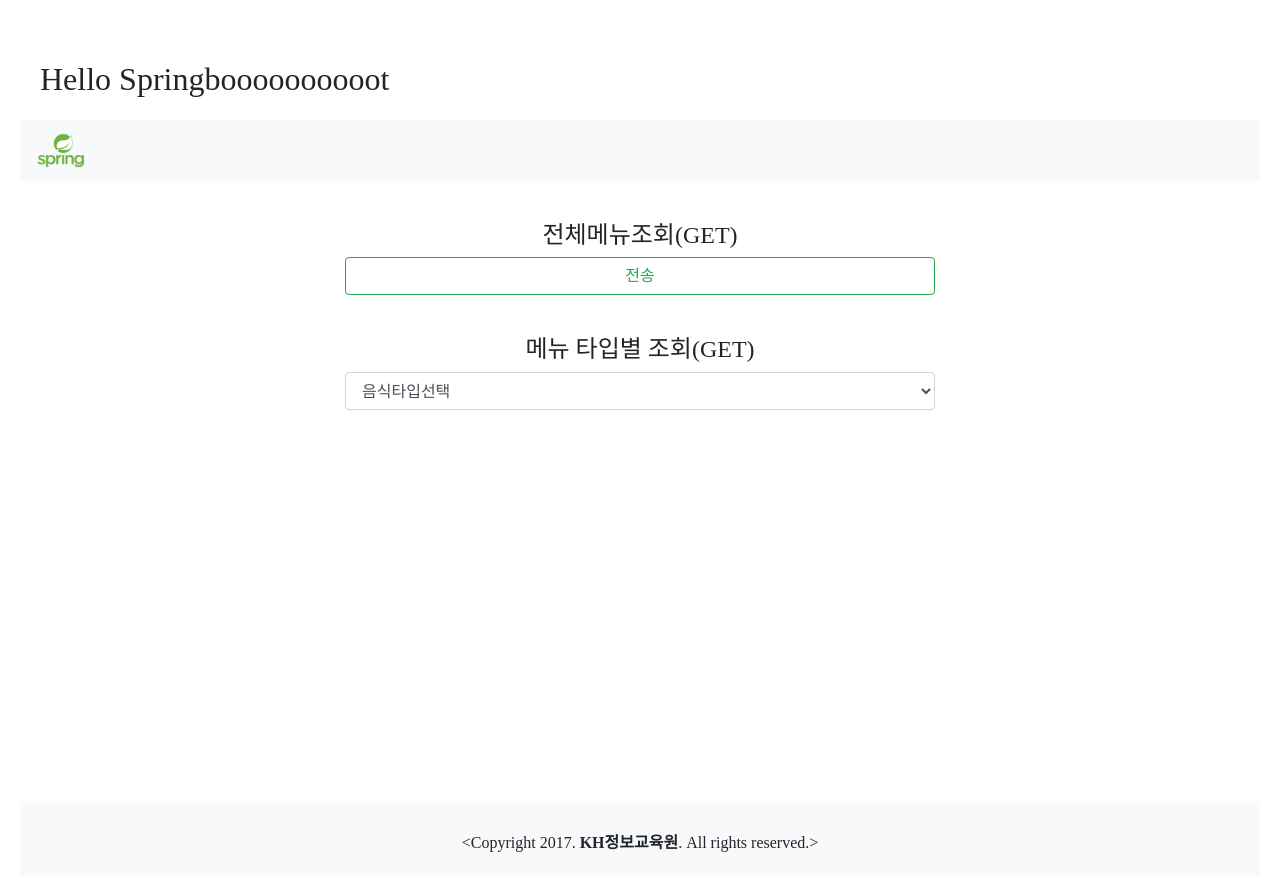
Repository: jinhak94/khspring
Page: http://localhost/springboot/
An editor plug-in stored every save of this project. The page is shown before and after the next save, followed by the edit.
The browser window is 1280 px wide. The pictures show the whole page.
The page is served by Tomcat 9.

Above is the page before, as saved 2021-04-30 06:17:28.

After the next save:
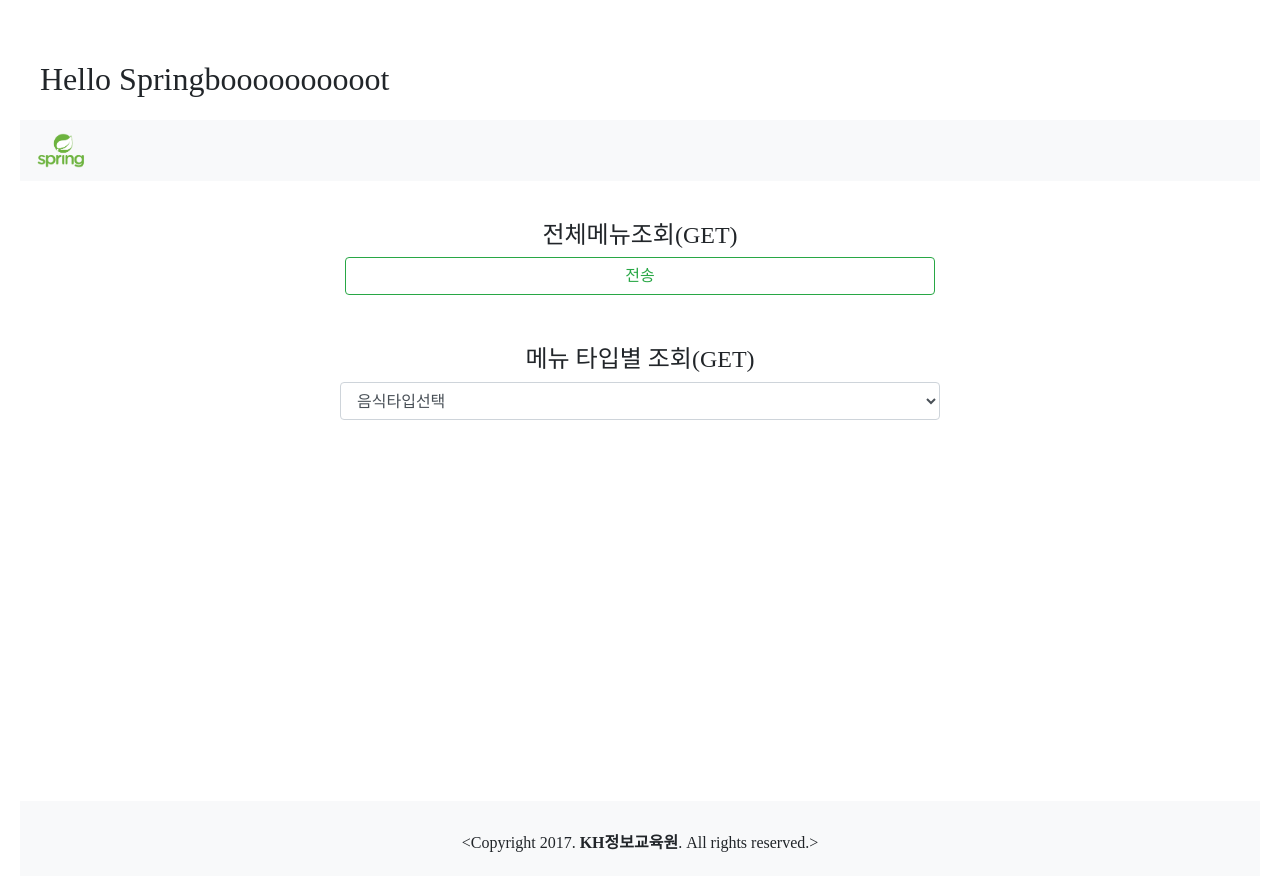
Console error: SyntaxError: Unexpected token ')'
Saved 3 h 26 min later.
--- a/spring_workspace/springboot/springboot/src/main/webapp/index.jsp
+++ b/spring_workspace/springboot/springboot/src/main/webapp/index.jsp
@@ -20,11 +20,10 @@
 
 <!-- 사용자작성 css -->
 <link rel="stylesheet" href="${pageContext.request.contextPath }/resources/css/style.css" />
-
 <style>
-	div#menu-container{text-align:center;}
-	div.menu-test{width:50%; margin:0 auto; text-align:center;}
-	div.result{width:70%; margin:0 auto;}
+div#menu-container{text-align:center;}
+div.menu-test{width:50%; margin:0 auto; text-align:center;}
+div.result{width:70%; margin:0 auto;}
 </style>
 <script>
 function displayResultTable(selector, data){
@@ -33,8 +32,9 @@ function displayResultTable(selector, data){
 	const $header = $("<tr><th>번호</th><th>음식점</th><th>메뉴명</th><th>가격</th><th>타입</th><th>맛</th></tr>")
 	$table.append($header);
 
-	if(data.length > 0){
-		$(data).each((i, {id, restaurant, name, price, type, taste}) =>{
+	if(data.length>0){
+		$(data).each((i, {id, restaurant, name, price, type, taste) => {
+	//		console.log(i, menu);
 			const tr = `<tr>
 				<td>\${id}</td>
 				<td>\${restaurant}</td>
@@ -45,81 +45,69 @@ function displayResultTable(selector, data){
 			</tr>`;
 			$table.append(tr);
 		});
-	}
-	else {
+	}else{
 		$table.append("<tr><td colspan='6'>조회된 결과가 없습니다.</td></tr>");
 	}
-
 	$container.html($table);
 }
+
 </script>
 </head>
 <body>
 <div id="container">
-	<header>
-		<div id="header-container">
-			<h2>Hello Springboooooooooot</h2>
-		</div>
-		<!-- https://getbootstrap.com/docs/4.0/components/navbar/ -->
-		<nav class="navbar navbar-expand-lg navbar-light bg-light">
-			<a class="navbar-brand" href="#">
-				<img src="${pageContext.request.contextPath }/resources/images/logo-spring.png" alt="스프링로고" width="50px" />
-			</a>
-			<button class="navbar-toggler" type="button" data-toggle="collapse" data-target="#navbarNav" aria-controls="navbarNav" aria-expanded="false" aria-label="Toggle navigation">
-				<span class="navbar-toggler-icon"></span>
-		  	</button>
-		</nav>
-	</header>
-	<section id="content">
+   <header>
+      <div id="header-container">
+         <h2>Hello Springboooooooooot</h2>
+      </div>
+      <!-- https://getbootstrap.com/docs/4.0/components/navbar/ -->
+      <nav class="navbar navbar-expand-lg navbar-light bg-light">
+         <a class="navbar-brand" href="#">
+            <img src="${pageContext.request.contextPath }/resources/images/logo-spring.png" alt="스프링로고" width="50px" />
+         </a>
+         <button class="navbar-toggler" type="button" data-toggle="collapse" data-target="#navbarNav" aria-controls="navbarNav" aria-expanded="false" aria-label="Toggle navigation">
+            <span class="navbar-toggler-icon"></span>
+           </button>
+      </nav>
+   </header>
+   <section id="content">
 		<div id="menu-container">
-	        <!-- 1. GET /menus-->
-	        <div class="menu-test">
-	            <h4>전체메뉴조회(GET)</h4>
-	            <input type="button" class="btn btn-block btn-outline-success btn-send" id="btn-menus" value="전송" />
-	        </div>
-	        <div class="result" id="menus-result"></div>
-	        <script>
-	        $("#btn-menus").click(e => {
-				$.ajax({
-					url: "${pageContext.request.contextPath}/menus",
-					method: "GET",
-					dataType: "json",
-					success: data => {
-						console.log(data);
-						displayResultTable("#menus-result", data);
-					},
-					/* error: (xhr, status, err) => console.log(xhr, status, err) */
-					error: console.log
-				});
-	        });
-	        </script>
-
-	        <!-- 2.GET /menus/kr /menus/ch /menus/jp 타입별 조회 -->
-	        <div class="menu-test">
-	            <h4>메뉴 타입별 조회(GET)</h4>
-	            <select class="form-control" id="typeSelector">
-	            <option value="" disabled selected>음식타입선택</option>
-	            <option value="kr">한식</option>
-	            <option value="ch">중식</option>
-	            <option value="jp">일식</option>
-	            </select>
-	        </div>
-	        <div class="result" id="menuType-result"></div>
-
-
-
-
-
-
-
-
-
-
-	    </div>
-	</section>
-	<footer>
-		<p>&lt;Copyright 2017. <strong>KH정보교육원</strong>. All rights reserved.&gt;</p>
-	</footer>
+        <!-- 1.GET menus-->
+        <div class="menu-test">
+            <h4>전체메뉴조회(GET)</h4>
+            <input type="button" class="btn btn-block btn-outline-success btn-send" id="btn-menus" value="전송" />
+        </div>
+        <div class="result" id="menus-result"></div>
+        <script>
+        	$("#btn-menus").click(e => {
+        		$.ajax({
+        			url: "${pageContext.request.contextPath}/menus",
+        			method: "GET",
+        			dataType: "json",
+        			success: data => {
+        				console.log(data);
+        				displayResultTable("#menus-result", data);
+        			},
+//         			error: (xhr, status, err) => console.log(xhr, status, err);
+        			error: console.log
+        		});
+        	});
+        </script>
+    </div>
+     <!-- 2.GET /menus/kr /menus/ch /menus/jp 타입별 조회 -->
+	<div class="menu-test">
+            <h4>메뉴 타입별 조회(GET)</h4>
+            <select class="form-control" id="typeSelector">
+            <option value="" disabled selected>음식타입선택</option>
+            <option value="kr">한식</option>
+            <option value="ch">중식</option>
+            <option value="jp">일식</option>
+            </select>
+        </div>
+        <div class="result" id="menuType-result"></div>
+   </section>
+   <footer>
+      <p>&lt;Copyright 2017. <strong>KH정보교육원</strong>. All rights reserved.&gt;</p>
+   </footer>
 
 </div>
 </body>
